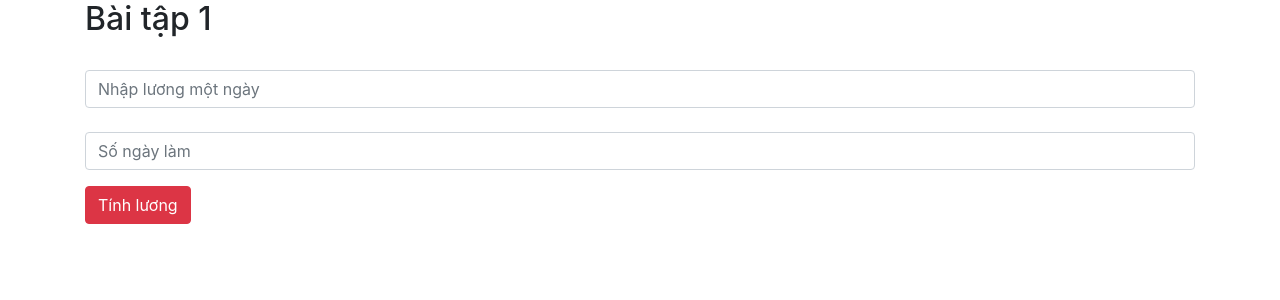
Repository: thanhfrankie/BC10-LeMinhThanh-Js-b2-3
Page: index.html
The author's editor kept a copy of each file at every save. The page is drawn from the files as they stood at one save, then again after a run of saves.
The browser window is 1280 px wide. The pictures show the whole page.

Above is the page before, as saved 2023-12-15 15:20:54.

### index.html
<!DOCTYPE html>
<html lang="en">
  <head>
    <title>Title</title>
    <!-- Required meta tags -->
    <meta charset="utf-8" />
    <meta
      name="viewport"
      content="width=device-width, initial-scale=1, shrink-to-fit=no"
    />

    <!-- Bootstrap CSS -->
    <link
      rel="stylesheet"
      href="https://stackpath.bootstrapcdn.com/bootstrap/4.3.1/css/bootstrap.min.css"
      integrity="sha384-ggOyR0iXCbMQv3Xipma34MD+dH/1fQ784/j6cY/iJTQUOhcWr7x9JvoRxT2MZw1T"
      crossorigin="anonymous"
    />
  </head>
  <body>
    <!-- Bài tập 1 -->
    <div class="container">
      <h2 mt-3>Bài tập 1
      </h2>
      <div class="form-group">
        <label for="luong-mot-ngay"></label>
        <input
          type="number"
          class="form-control"
          name=""
          id="luong-mot-ngay"
          aria-describedby="helpId"
          placeholder="Nhập lương một ngày"
          required
        />
        <label for="so-ngay-lam"></label>
        <input
          type="number"
          class="form-control"
          name=""
          id="so-ngay-lam"
          aria-describedby="helpId"
          placeholder="Số ngày làm"
          required
        />
        <button type="button" onclick="tinhLuong()" class="btn btn-danger mt-3">
          Tính lương
        </button>
      </div>
      <h2 id="luong-nhan-duoc"></h2>
    </div>

    <!-- Optional JavaScript -->
    <!-- jQuery first, then Popper.js, then Bootstrap JS -->
    <script
      src="https://code.jquery.com/jquery-3.3.1.slim.min.js"
      integrity="sha384-q8i/X+965DzO0rT7abK41JStQIAqVgRVzpbzo5smXKp4YfRvH+8abtTE1Pi6jizo"
      crossorigin="anonymous"
    ></script>
    <script
      src="https://cdnjs.cloudflare.com/ajax/libs/popper.js/1.14.7/umd/popper.min.js"
      integrity="sha384-UO2eT0CpHqdSJQ6hJty5KVphtPhzWj9WO1clHTMGa3JDZwrnQq4sF86dIHNDz0W1"
      crossorigin="anonymous"
    ></script>
    <script
      src="https://stackpath.bootstrapcdn.com/bootstrap/4.3.1/js/bootstrap.min.js"
      integrity="sha384-JjSmVgyd0p3pXB1rRibZUAYoIIy6OrQ6VrjIEaFf/nJGzIxFDsf4x0xIM+B07jRM"
      crossorigin="anonymous"
    ></script>
    <script src="./index.js"></script>
  </body>
</html>

### index.js
// Bài tập 1
/**
 * B1: tạo biến, lấy giá trị từ input
 * B2: Tính lương
 * + tạo biến để tính lương: lương 1 ngày * số ngày làm
 * + gán sự kiện click cho button
 * B3: hiển thị kết quả
 */
function tinhLuong() {
  // B1:
  var luongMotNgay = document.getElementById("luong-mot-ngay").value;
  var soNgayLam = document.getElementById("so-ngay-lam").value;
  // B2, B3:
  var luongNhanDuoc = document.getElementById("luong-nhan-duoc");
  luongNhanDuoc.innerText = luongMotNgay * soNgayLam;
}

After the next 2 saves:
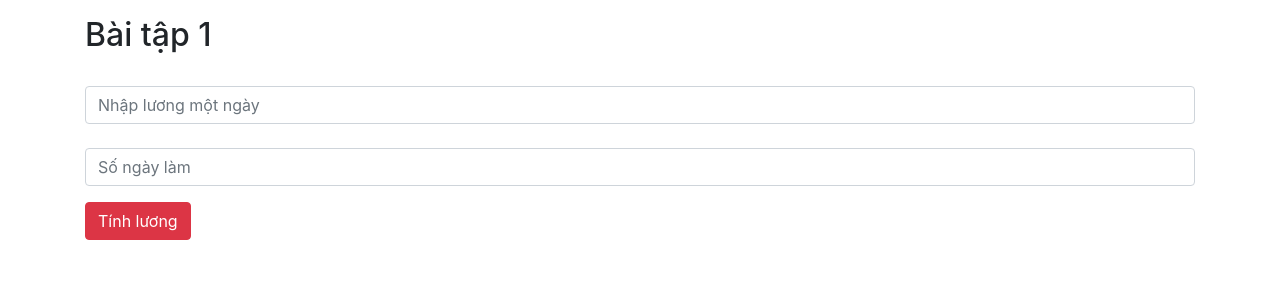
The 2 saves are shown as one change because they came seconds apart.
The last was saved 9 s later.
--- a/index.html
+++ b/index.html
@@ -20,7 +20,7 @@
   <body>
     <!-- Bài tập 1 -->
     <div class="container">
-      <h2 mt-3>Bài tập 1
+      <h2 class="mt-3">Bài tập 1
       </h2>
       <div class="form-group">
         <label for="luong-mot-ngay"></label>
